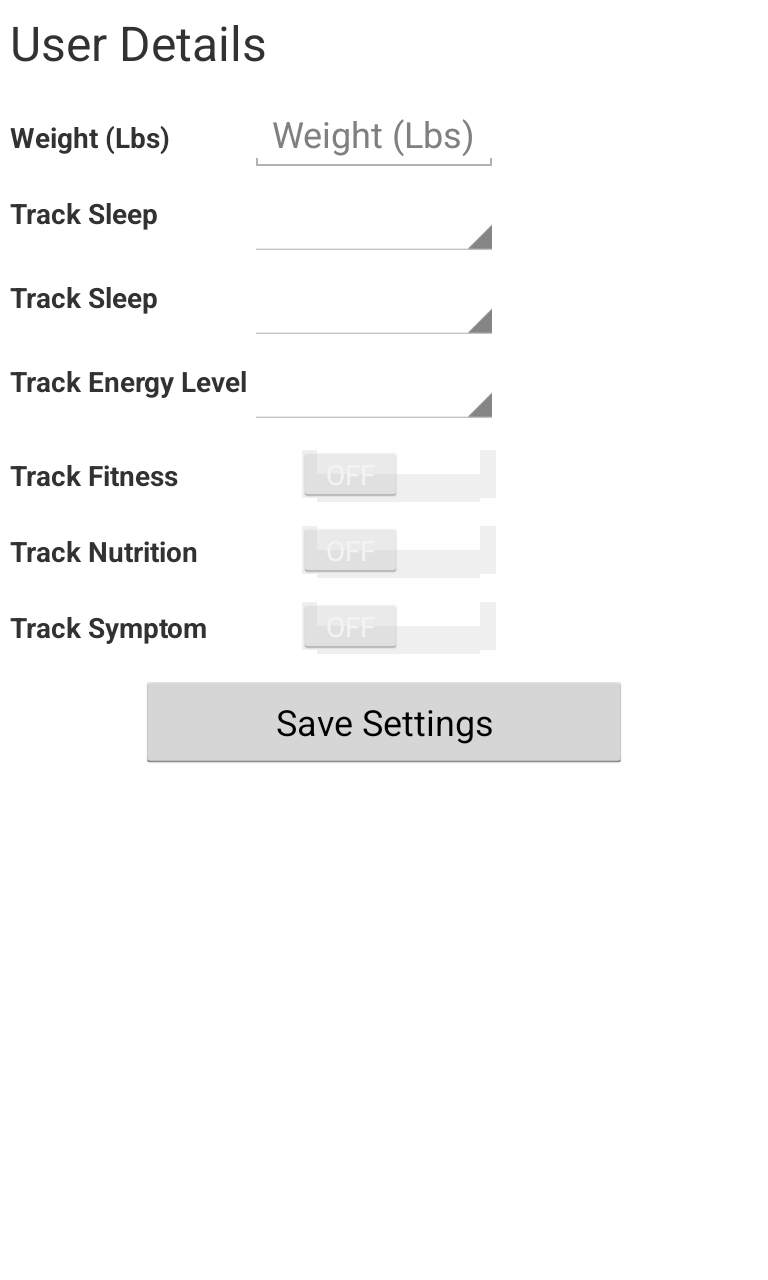
Repository: dillonyoung/CPD4493
Layout: TraCare/res/layout/addentry.xml
These files come from the project's save history. The layout is drawn as it stood at one moment and after the next save; the edit follows.
It is drawn on a 768 x 1280 px phone screen (xhdpi) without system bars, with theme AppTheme; the app's code is not run.

Above is the layout before, as saved 2013-04-05 23:26:32.

### TraCare/res/layout/addentry.xml
<?xml version="1.0" encoding="utf-8"?>
<ScrollView xmlns:android="http://schemas.android.com/apk/res/android"
    android:layout_width="fill_parent"
    android:layout_height="fill_parent" >

    <TableLayout
        android:id="@+id/TableLayout1"
        android:layout_width="match_parent"
        android:layout_height="wrap_content" >

        <TableRow
            android:id="@+id/tableRow1"
            android:layout_width="wrap_content"
            android:layout_height="wrap_content"
            android:padding="5dip" >

            <TextView
                android:id="@+id/textView1"
                android:layout_width="wrap_content"
                android:layout_height="wrap_content"
                android:layout_span="2"
                android:text="@string/user_details"
                android:textSize="24sp" />
        </TableRow>


        <TableRow
            android:id="@+id/tableRow4"
            android:layout_width="wrap_content"
            android:layout_height="wrap_content"
            android:padding="5dip" >

            <TextView
                android:id="@+id/textView3"
                android:layout_width="wrap_content"
                android:layout_height="wrap_content"
                android:text="@string/weight"
                android:textStyle="bold" />

            <EditText
                android:id="@+id/txtUserWeight"
                android:layout_width="wrap_content"
                android:layout_height="wrap_content"
                android:ems="6"
                android:hint="@string/weight"
                android:inputType="numberDecimal" />
        </TableRow>



        <TableRow
            android:id="@+id/tableRow7"
            android:layout_width="wrap_content"
            android:layout_height="wrap_content"
            android:padding="5dip" >

            <TextView
                android:id="@+id/textView6"
                android:layout_width="wrap_content"
                android:layout_height="wrap_content"
                android:text="@string/track_sleep"
                android:textStyle="bold" />

            <Spinner
                android:id="@+id/spinHours"
                android:layout_width="wrap_content"
                android:layout_height="wrap_content" />

        </TableRow>

                <TableRow
            android:id="@+id/tableRow7"
            android:layout_width="wrap_content"
            android:layout_height="wrap_content"
            android:padding="5dip" >

            <TextView
                android:id="@+id/textView6"
                android:layout_width="wrap_content"
                android:layout_height="wrap_content"
                android:text="@string/track_sleep"
                android:textStyle="bold" />

            <Spinner
                android:id="@+id/spinQualityofSleep"
                android:layout_width="wrap_content"
                android:layout_height="wrap_content" />

        </TableRow>

        <TableRow
            android:id="@+id/tableRow8"
            android:layout_width="wrap_content"
            android:layout_height="wrap_content"
            android:padding="5dip" >

            <TextView
                android:id="@+id/textView7"
                android:layout_width="wrap_content"
                android:layout_height="wrap_content"
                android:text="@string/track_energy_level"
                android:textStyle="bold" />

            <Spinner
                android:id="@+id/spinEnergyLevel"
                android:layout_width="wrap_content"
                android:layout_height="wrap_content" />

        </TableRow>

        <TableRow
            android:id="@+id/tableRow9"
            android:layout_width="wrap_content"
            android:layout_height="wrap_content"
            android:padding="5dip" >

            <TextView
                android:id="@+id/textView8"
                android:layout_width="wrap_content"
                android:layout_height="wrap_content"
                android:text="@string/track_fitness"
                android:textStyle="bold" />

            <Switch
                android:id="@+id/switchFitness"
                android:layout_width="wrap_content"
                android:layout_height="wrap_content"
                android:text="" />
        </TableRow>

        <TableRow
            android:id="@+id/tableRow10"
            android:layout_width="wrap_content"
            android:layout_height="wrap_content"
            android:padding="5dip" >

            <TextView
                android:id="@+id/textView9"
                android:layout_width="wrap_content"
                android:layout_height="wrap_content"
                android:text="@string/track_nutrition"
                android:textStyle="bold" />

            <Switch
                android:id="@+id/switchNutrition"
                android:layout_width="wrap_content"
                android:layout_height="wrap_content"
                android:text="" />
        </TableRow>

                <TableRow
            android:id="@+id/tableRow11"
            android:layout_width="wrap_content"
            android:layout_height="wrap_content"
            android:padding="5dip" >

            <TextView
                android:id="@+id/textView10"
                android:layout_width="wrap_content"
                android:layout_height="wrap_content"
                android:text="@string/track_symptom"
                android:textStyle="bold" />

            <Switch
                android:id="@+id/switchSymptom"
                android:layout_width="wrap_content"
                android:layout_height="wrap_content"
                android:text="" />
        </TableRow>

        <TableRow
            android:id="@+id/tableRow12"
            android:layout_width="wrap_content"
            android:layout_height="wrap_content"
            android:gravity="center_horizontal"
            android:padding="5dip" >

            <Button
                android:id="@+id/btnSave"
                android:layout_width="wrap_content"
                android:layout_height="wrap_content"
                android:layout_span="2"
                android:text="@string/savesettings" />
        </TableRow>
    </TableLayout>

</ScrollView>

### TraCare/res/values/strings.xml
<?xml version="1.0" encoding="utf-8"?>
<resources>

    <string name="app_name">TraCare</string>
    <string name="action_settings">Settings</string>
    <string name="title_section1">Section 1</string>
    <string name="title_section2">Section 2</string>
    <string name="title_section3">Section 3</string>
    <string name="user_details">User Details</string>
    <string name="gender">Gender</string>
    <string name="male">Male</string>
    <string name="female">Female</string>
    <string name="weight">Weight (Lbs)</string>
    <string name="preferences">Preferences</string>
    <string name="track_weight">Track Weight</string>
    <string name="track_sleep">Track Sleep</string>
    <string name="track_energy_level">Track Energy Level</string>
    <string name="track_quality_of_sleep">Track Quality of Sleep</string>
    <string name="track_fitness">Track Fitness</string>
    <string name="track_nutrition">Track Nutrition</string>
    <string name="savesettings">Save Settings</string>
    <string name="yourname">Your name</string>
    <string name="track_symptom">Track Symptom</string>
    <string name="image"></string>
    <string name="menu_add_entry">Add Entry</string>
    <string name="menu_delete_entry">Delete Entry</string>

    <string-array name="hours_of_sleep">
        <item>0.0 Hours of Sleep</item>
        <item>0.5 Hours of Sleep</item>
        <item>1.0 Hours of Sleep</item>
        <item>1.5 Hours of Sleep</item>
        <item>2.0 Hours of Sleep</item>
        <item>2.5 Hours of Sleep</item>
        <item>3.0 Hours of Sleep</item>
        <item>3.5 Hours of Sleep</item>
        <item>4.0 Hours of Sleep</item>
        <item>4.5 Hours of Sleep</item>
        <item>5.0 Hours of Sleep</item>
        <item>5.5 Hours of Sleep</item>
        <item>6.0 Hours of Sleep</item>
        <item>6.5 Hours of Sleep</item>
        <item>7.0 Hours of Sleep</item>
        <item>7.5 Hours of Sleep</item>
        <item>8.0 Hours of Sleep</item>
        <item>8.5 Hours of Sleep</item>
        <item>9.0 Hours of Sleep</item>
        <item>9.5 Hours of Sleep</item>
        <item>10.0 Hours of Sleep</item>
        <item>10.5 Hours of Sleep</item>
        <item>11.0 Hours of Sleep</item>
        <item>11.5 Hours of Sleep</item>
        <item>12.0 Hours of Sleep</item>
        <item>12.5 Hours of Sleep</item>
        <item>13.0 Hours of Sleep</item>
        <item>13.5 Hours of Sleep</item>
        <item>14.0 Hours of Sleep</item>
        <item>14.5 Hours of Sleep</item>
        <item>15.0 Hours of Sleep</item>
        <item>15.5 Hours of Sleep</item>
        <item>16.0 Hours of Sleep</item>
        <item>16.5 Hours of Sleep</item>
        <item>17.0 Hours of Sleep</item>
        <item>17.5 Hours of Sleep</item>
        <item>18.0 Hours of Sleep</item>
        <item>18.5 Hours of Sleep</item>
        <item>19.0 Hours of Sleep</item>
        <item>19.5 Hours of Sleep</item>
        <item>20.0 Hours of Sleep</item>
        <item>20.5 Hours of Sleep</item>
        <item>21.0 Hours of Sleep</item>
        <item>21.5 Hours of Sleep</item>
        <item>22.0 Hours of Sleep</item>
        <item>22.5 Hours of Sleep</item>
        <item>23.0 Hours of Sleep</item>
        <item>23.5 Hours of Sleep</item>
    </string-array>
    <string-array name="energy_level">
        <item>Not Specified</item>
        <item>Terrible Energy Level</item>
        <item>Poor Energy Level</item>
        <item>Average Energy Level</item>
        <item>Good Energy Level</item>
        <item>Excellent Energy Level</item>
    </string-array>
    <string-array name="quality_of_sleep">
        <item>Not Specified</item>
        <item>Terrible Quality of Sleep</item>
        <item>Poor Quality of Sleep</item>
        <item>Average Quality of Sleep</item>
        <item>Good Quality of Sleep</item>
        <item>Excellent Quality of Sleep</item>
    </string-array>
    <string-array name="symptom_type">
        <item>Not Specified</item>
        <item>Other</item>
        <item>Abdominal Pain</item>
        <item>Chest Pain</item>
        <item>Constipation</item>
        <item>Cought</item>
        <item>Diarrea</item>
        <item>Dizziness</item>
        <item>Eye Discomfort</item>
        <item>Foot Pain</item>
        <item>Hip Pain</item>
        <item>Knee Pain</item>
        <item>Low Back Pain</item>
        <item>Nasal Congestion</item>
        <item>Nausea</item>
        <item>Neck Pain</item>
        <item>Numbness</item>
        <item>Shortness of Breath</item>
        <item>Shoulder Pain</item>
        <item>Sore Throat</item>
        <item>Vision Problems</item>
        <item>Wheezing</item>
    </string-array>

</resources>

Loaded but not shown: TraCare/res/values/styles.xml (common file); TraCare/res/values-v11/styles.xml (common file); TraCare/res/values-v14/styles.xml (common file)

After the next save:
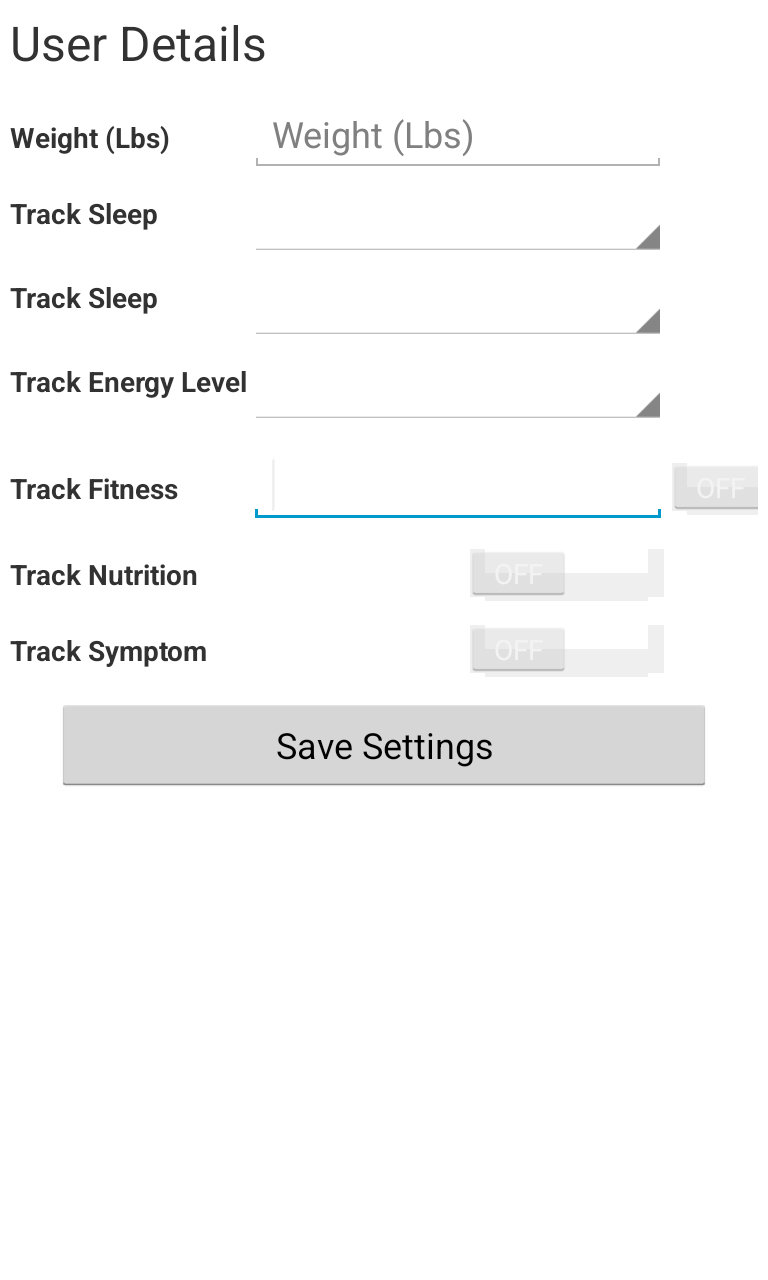
Saved 3 min 46 s later.
--- a/TraCare/res/layout/addentry.xml
+++ b/TraCare/res/layout/addentry.xml
@@ -121,6 +121,16 @@
                 android:text="@string/track_fitness"
                 android:textStyle="bold" />
 
+            <EditText
+                android:id="@+id/editText1"
+                android:layout_width="wrap_content"
+                android:layout_height="wrap_content"
+                android:ems="10"
+                android:inputType="textMultiLine" >
+
+                <requestFocus />
+            </EditText>
+
             <Switch
                 android:id="@+id/switchFitness"
                 android:layout_width="wrap_content"
